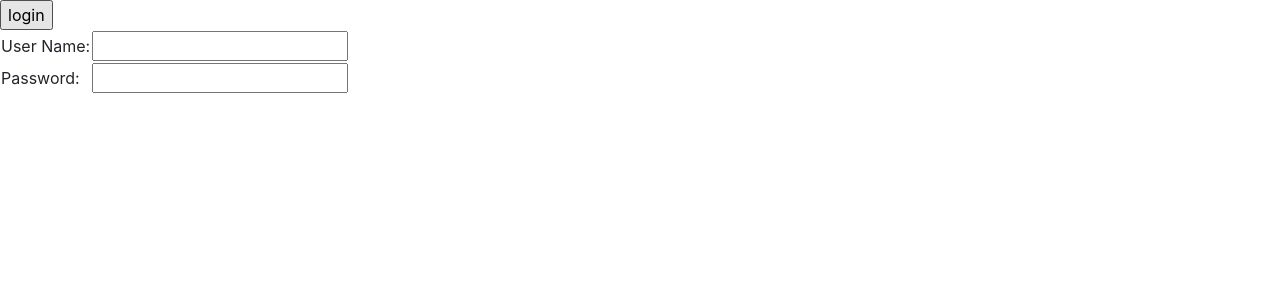
Repository: kiiigaaa/User_Profile
Page: http://localhost/GroceryOrdering/login.jsp
An editor plug-in stored every save of this project. The page is shown before and after the next save, followed by the edit.
The browser window is 1280 px wide. The pictures show the whole page.
The page is served by Tomcat 9.

Above is the page before, as saved 2022-11-14 07:15:48.

After the next save:
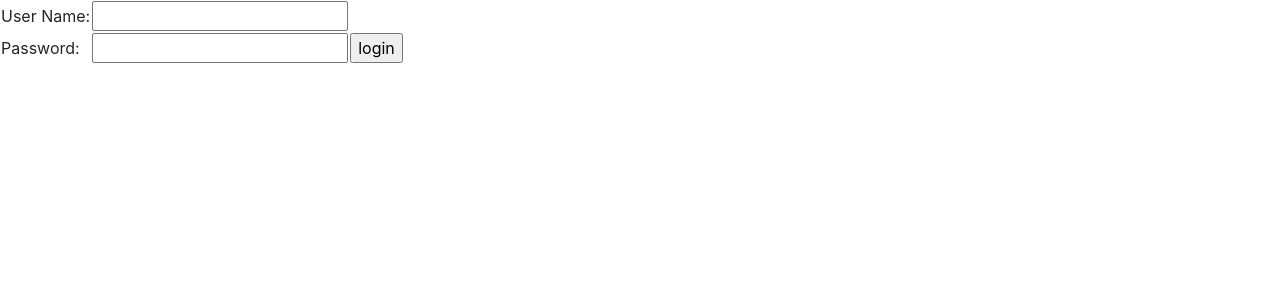
Saved 92 s later.
--- a/GroceryOrdering/src/main/webapp/login.jsp
+++ b/GroceryOrdering/src/main/webapp/login.jsp
@@ -17,7 +17,7 @@
 	</tr>
 		<td>Password: </td><td><input type="password" name="pw"><br></td>
 
-		<input type="submit" name="submit" value="login">
+		<td><input type="submit" name="submit" value="login"></td>
 
 	</form>
 	</table>
